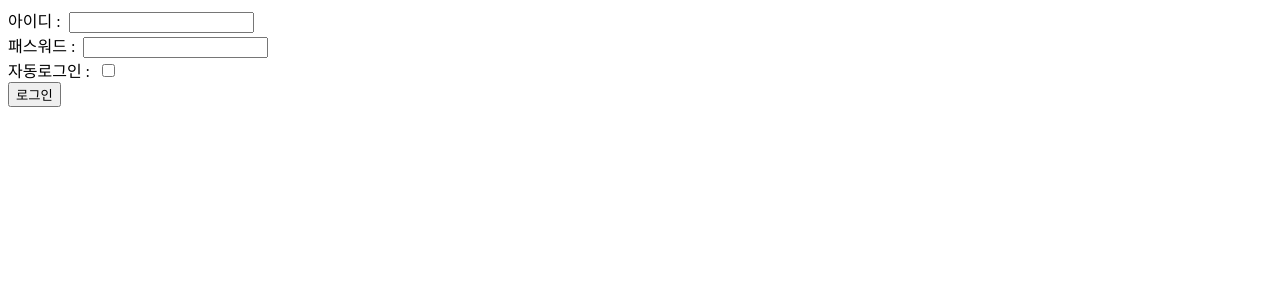
Repository: djdh94/jsp_practice
Page: http://localhost/JSPBasic/jspObject/3.cookie/cookie_login.jsp
An editor plug-in stored every save of this project. The page is shown before and after the next save, followed by the edit.
The browser window is 1280 px wide. The pictures show the whole page.
The page is served by Tomcat 9.

Above is the page before, as saved 2022-02-07 01:19:46.

After the next save:
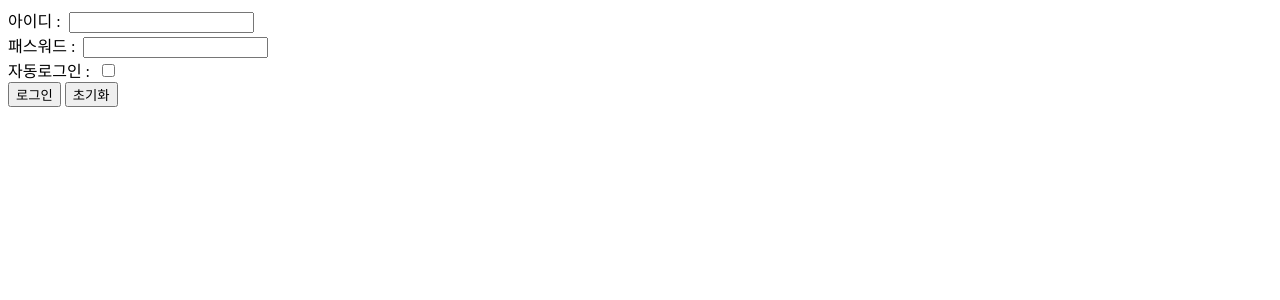
Saved 34 s later.
--- a/JSPBasic/src/main/webapp/jspObject/3.cookie/cookie_login.jsp
+++ b/JSPBasic/src/main/webapp/jspObject/3.cookie/cookie_login.jsp
@@ -18,6 +18,7 @@
 	패스워드 : &nbsp;<input type="password" name="pw"/><br/>
 	자동로그인 : &nbsp;<input type="checkbox" name="auto" value="checked"/><br/>
 	<input type="submit" value="로그인"/>
+	<input type="submit" value="초기화"/>
 
 	</form>
 
